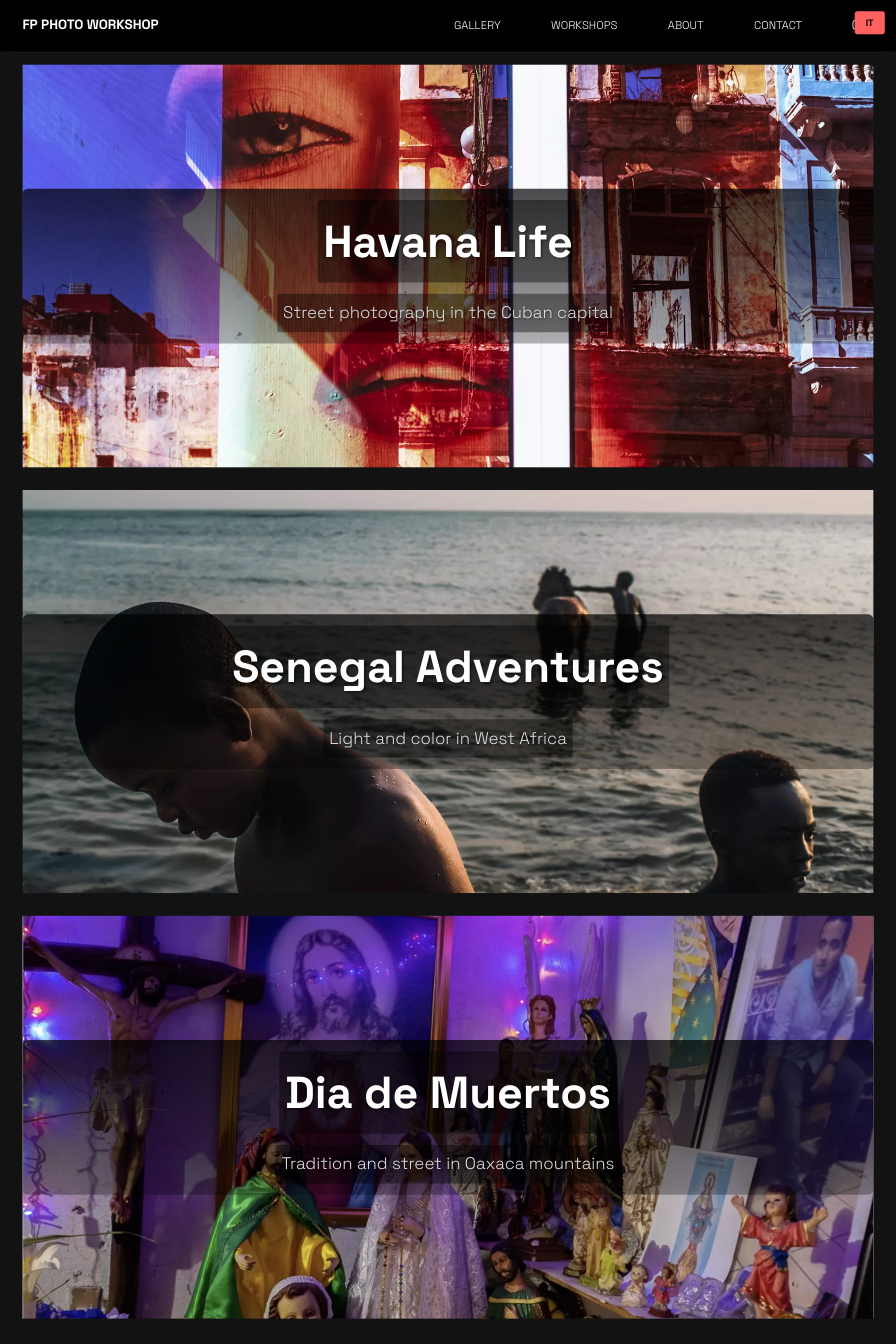
Repository: philipkdpavkia/photo-auto
Page: index.html
The author's editor kept a copy of each file at every save. The page is drawn from the files as they stood at one save, then again after the next save.
The browser window is 1280 px wide. The pictures show the part of the page from y = 0 to 1920 px (the page is 4482 px tall before and 4050 px after), at 70% of full size.

Above is the page before, as saved 2024-11-17 00:09:59.
Console error: SyntaxError: Identifier 'currentLang' has already been declared

After the next save:
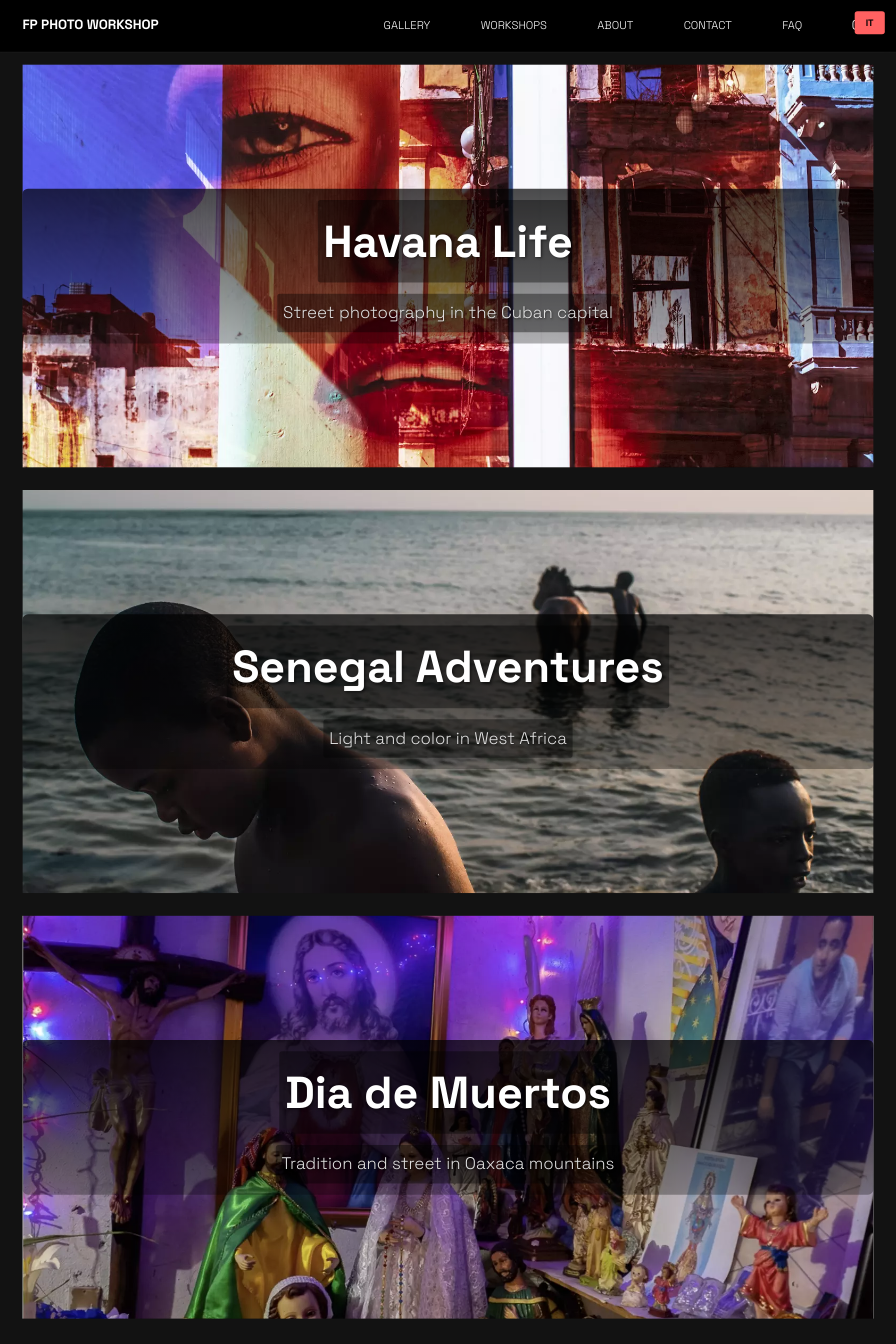
Saved 4 min 51 s later.
--- a/index.html
+++ b/index.html
@@ -33,6 +33,7 @@
      <a href="/workshop/index.html">Workshops</a>
      <a href="#about">About</a>
      <a href="#contact">Contact</a>
+     <a href="/faq.html">FAQ</a>
      <a class="instagram-link" href="https://instagram.com/fpphotoworkshop" rel="noopener" target="_blank">
       <i class="fab fa-instagram"></i>
      </a>
--- a/css/style.css
+++ b/css/style.css
@@ -781,27 +781,34 @@ html {
         }
     }
 
-/* FAQ Section */
-.faq-section {
-    padding-top: 100px; /* Aggiungi spazio per evitare che il contenuto venga nascosto dall'header */
-    padding: 2rem;
-    background: var(--background);
-    color: var(--primary);
-}
-
-.faq-item {
-    margin-bottom: 2rem;
-}
-
-.faq-item .title {
-    font-size: 1.5rem;
-    font-weight: 700;
-    margin-bottom: 0.5rem;
-    color: var(--accent);
-}
-
-.faq-item .content {
-    font-size: 1rem;
-    line-height: 1.6;
-    color: var(--secondary);
-}
+    .faq-section {
+        padding: 4rem 2rem 2rem 2rem;
+        background: var(--background);
+        color: var(--primary);
+    }
+
+    .faq-item {
+        margin-bottom: 2rem;
+        max-width: 800px;
+        margin-left: auto;
+        margin-right: auto;
+    }
+
+    .faq-item .title {
+        font-size: 1.5rem;
+        font-weight: 700;
+        margin-bottom: 0.5rem;
+        color: var(--accent);
+    }
+
+    .faq-item .content {
+        font-size: 1rem;
+        line-height: 1.6;
+        color: var(--secondary);
+    }
+
+    /* Section spacing */
+    .section-separator {
+        padding-top: 80px;
+        margin-top: -80px;
+    }
